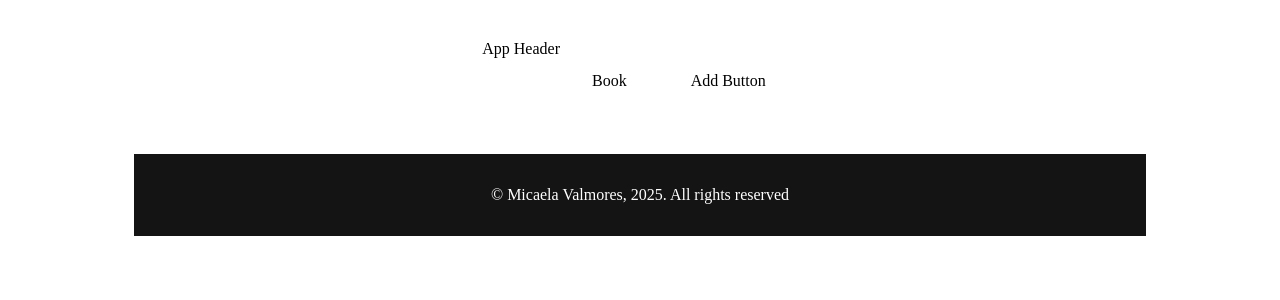
Repository: Micaelavalmores/COMP3170-Data-Fetching
Page: /
These files come from the project's save history. The page is drawn as it stood at one moment and after a run of saves; the edit follows.
The browser window is 1280 px wide. The pictures show the whole page.
The project was rebuilt for these pictures with package versions that can differ from the ones it lists, and the page was loaded fresh each time. Also part of the build but not shown: vite.config.js.

Above is the page before, as saved 2025-09-22 18:04:19.

After the next 2 saves:
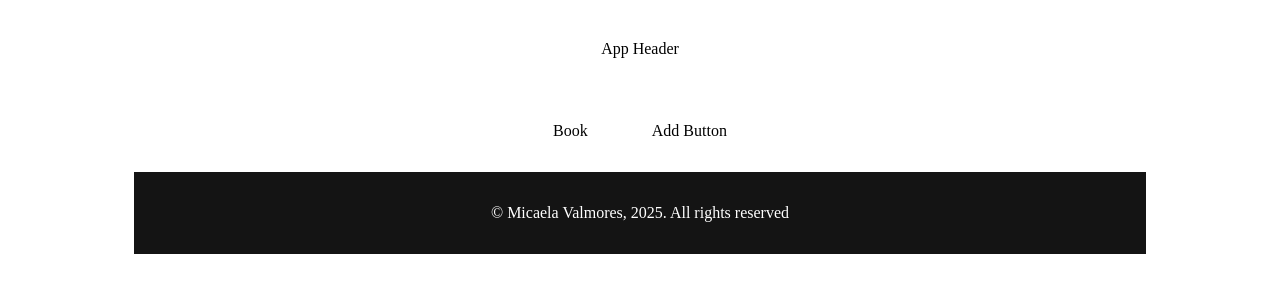
The 2 saves are shown as one change because they came seconds apart.
The last was saved 8 s later.
--- a/src/App.jsx
+++ b/src/App.jsx
@@ -9,6 +9,7 @@ function App () {
     <div className="app">
       <div className="content">
         <AppHeader />
+      </div>
         <div className="mainContent">
           <div className="Book">
             <Book />
@@ -17,7 +18,6 @@ function App () {
             <AddButton />
           </div>
         </div>
-      </div>
         <Footer />
     </div>
   )
